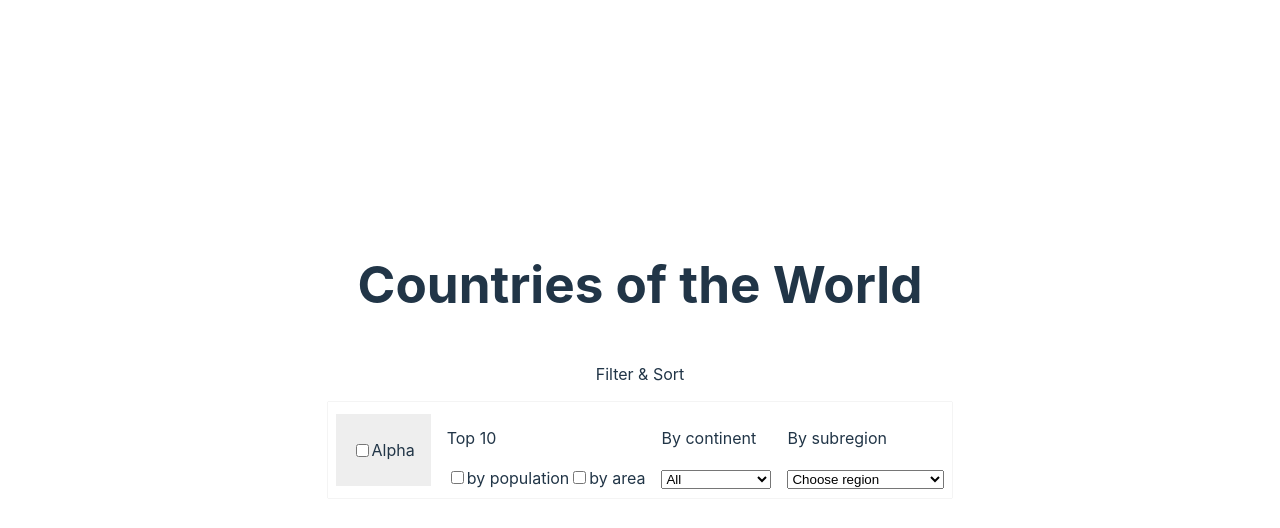
Repository: SamanthaYan298/my_countries
Page: /
The author's editor kept a copy of each file at every save. The page is drawn from the files as they stood at one save, then again after the next save.
The browser window is 1280 px wide. The pictures show the whole page.
The project was rebuilt for these pictures with package versions that can differ from the ones it lists, and the page was loaded fresh each time. Also part of the build but not shown: vite.config.js.

Above is the page before, as saved 2024-11-04 17:07:19.

### src/App.jsx
import { useState } from 'react'
import './App.css'

function App() {

  return (
    <>
      <h1>Countries of the World</h1>
      <div className="container">
        <div className='inner-container'>
          <p>Filter & Sort</p>
          <div className='filters'>
            <div className='alpha'>
              <input type="checkbox"/>
              <p>Alpha</p>
            </div>
            <div>
              <p>Top 10</p>
              <input type="checkbox"/>
              <label htmlFor="by-population">by population</label>
              <input type="checkbox" />
              <label htmlFor="by-area">by area</label>
            </div>
            <div>
              <p>By continent</p>
              <select>
                <option value="All">All</option>
                <option value="Antarctica">Antarctica</option>
                <option value="North America">North America</option>
                <option value="Europe">Europe</option>
                <option value="Africa">Africa</option>
                <option value="Asia">Asia</option>
                <option value="Oceania">Oceania</option>
                <option value="South America">South America</option>
              </select>
            </div>
            <div>
            <p>By subregion</p>
              <select>
                <option value="Choose region">Choose region</option>
                <option value="Caribbean">Caribbean</option>
                <option value="Western Europe">Western Europe</option>
                <option value="Western Africa">Western Africa</option>
                <option value="Central Europ">Central Europ</option>
                <option value="Estern Asia">Estern Asia</option>
                <option value="Polynesia">Polynesia</option>
                <option value="North Africa">North Africa</option>
                <option value="Southern Europe">Southern Europe</option>
                <option value="Southern-Eastern Asia">Southern-Eastern Asia</option>
              </select>
            </div>
          </div>
        </div>
      </div>
    </>
  )
}

export default App

### src/App.css
#root {
  max-width: 1280px;
  margin: 0 auto;
  padding: 2rem;
  text-align: center;
}

.container {
  display: flex;
  flex-direction: row;
  align-items: center;
  text-align: center;
  justify-content: space-between;
}

.filters {
  display: flex;
  flex-direction: row;
  align-items: center;
  text-align: center;
}

.alpha {
  display: flex;
  flex-direction: row;
  align-items: center;
  text-align: center;
  justify-content: flex-start;
  padding: 0.5rem 1rem;
  background-color: rgb(238, 238, 238);
}

.filters {
  align-items: center;
  text-align: center;
  justify-content: space-between;
  gap: 1rem;
  text-align: left;
  padding: 0.5rem;
  box-shadow: rgba(0, 0, 0, 0.25) 0px 0px 1px 0px;
}

Loaded but not shown: index.html (common file); src/main.jsx (common file); src/index.css (common file)

After the next save:
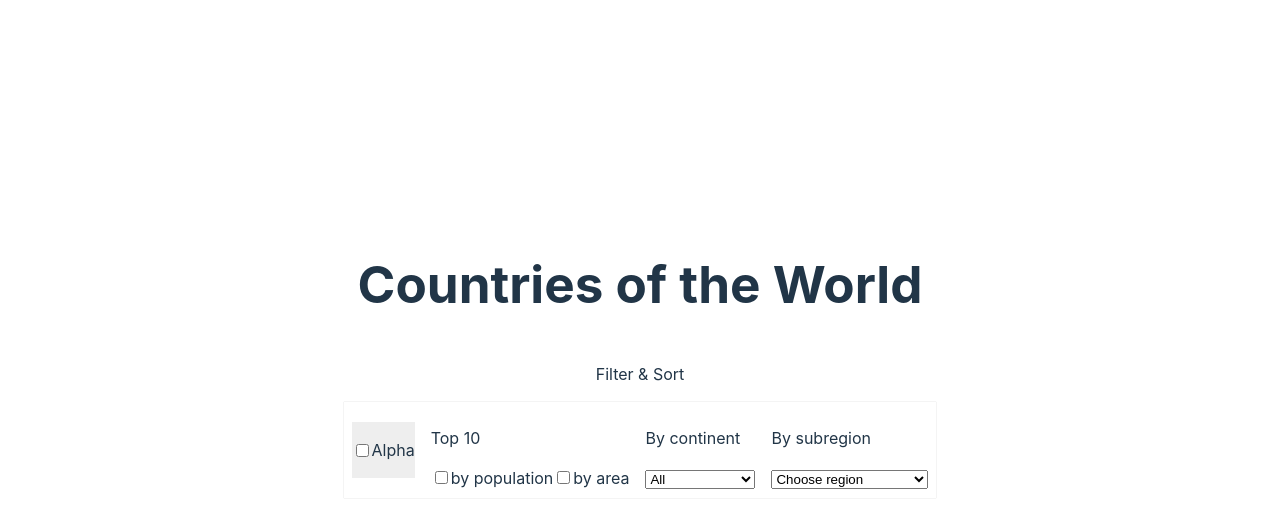
Saved 10 s later.
--- a/src/App.css
+++ b/src/App.css
@@ -25,8 +25,6 @@
   flex-direction: row;
   align-items: center;
   text-align: center;
-  justify-content: flex-start;
-  padding: 0.5rem 1rem;
   background-color: rgb(238, 238, 238);
 }
 

After the save that followed:
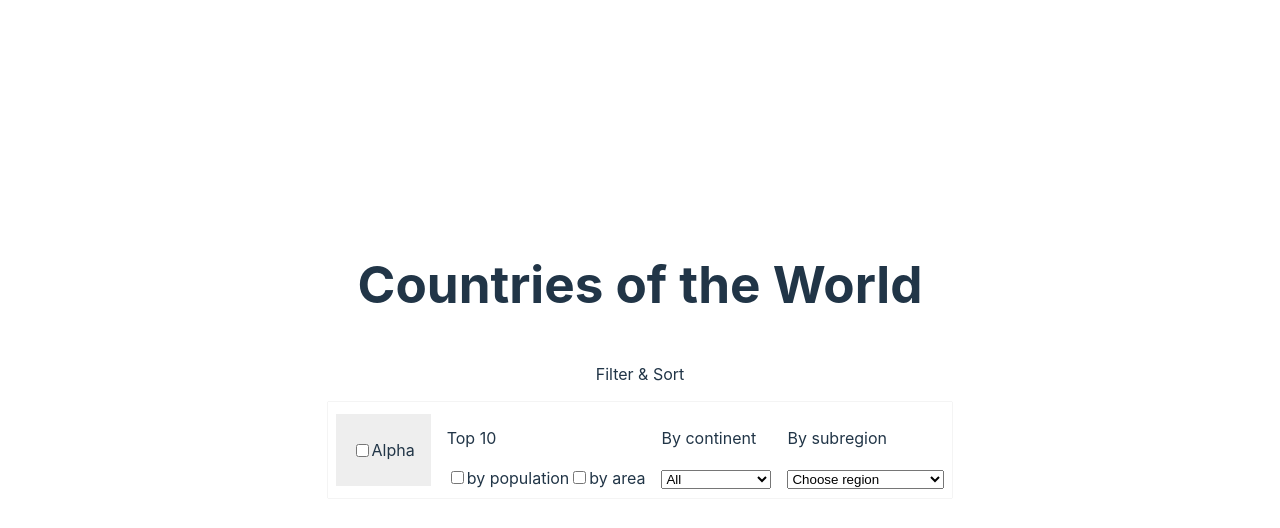
Saved 4 s later.
--- a/src/App.css
+++ b/src/App.css
@@ -25,6 +25,7 @@
   flex-direction: row;
   align-items: center;
   text-align: center;
+  padding: 0.5rem 1rem;
   background-color: rgb(238, 238, 238);
 }
 
